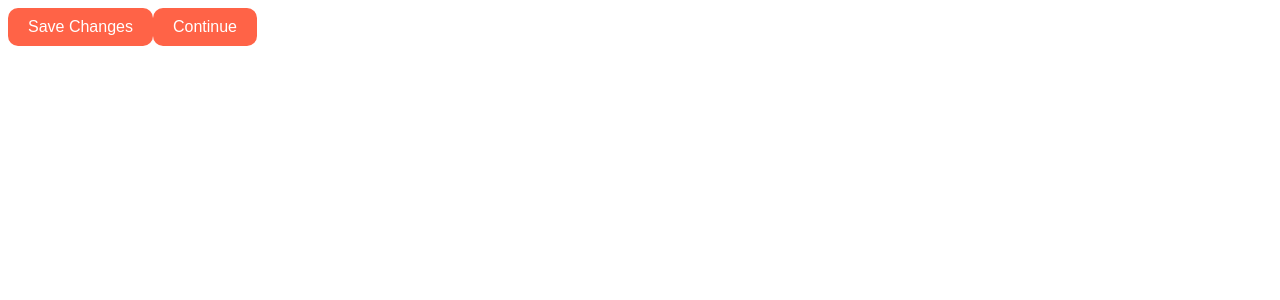
Repository: Leeminsu67/react-principle-study
Page: props.html
These files come from the project's save history. The page is drawn as it stood at one moment and after the next save; the edit follows.
The browser window is 1280 px wide. The pictures show the whole page.

Above is the page before, as saved 2024-08-01 20:15:49.

After the next save:
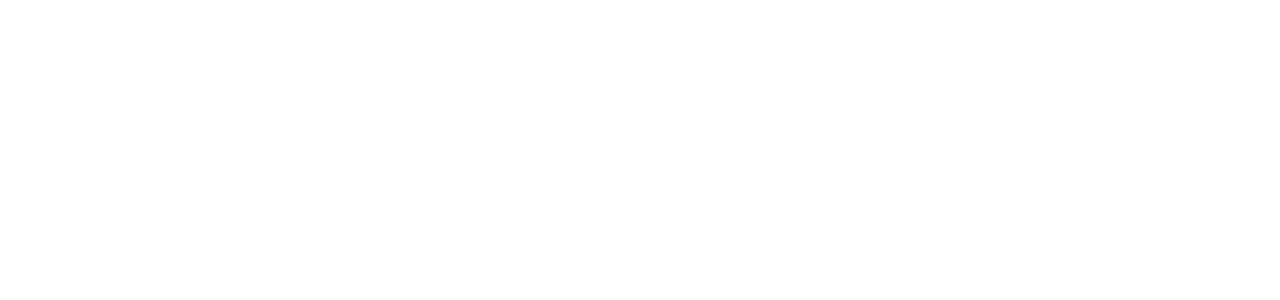
Console error (its wording comes from the project's code and is left out).
Saved 18 s later.
--- a/props.html
+++ b/props.html
@@ -26,6 +26,7 @@
     // App 컴포넌트
     const App = () => {
       const [value, setValue] = React.useState("Save Changes");
+      const [value, setValue] = React.useState("Continue");
       // Btn({text:"Save Changes"});
       return (
         <div>

After the save that followed:
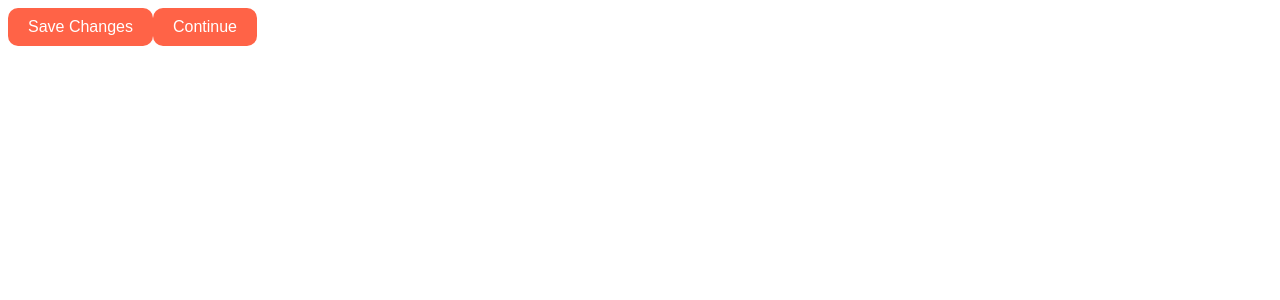
The error is gone.
Saved 19 s later.
--- a/props.html
+++ b/props.html
@@ -26,7 +26,7 @@
     // App 컴포넌트
     const App = () => {
       const [value, setValue] = React.useState("Save Changes");
-      const [value, setValue] = React.useState("Continue");
+      const changeValue = () => setValue("Revert Changes");
       // Btn({text:"Save Changes"});
       return (
         <div>
